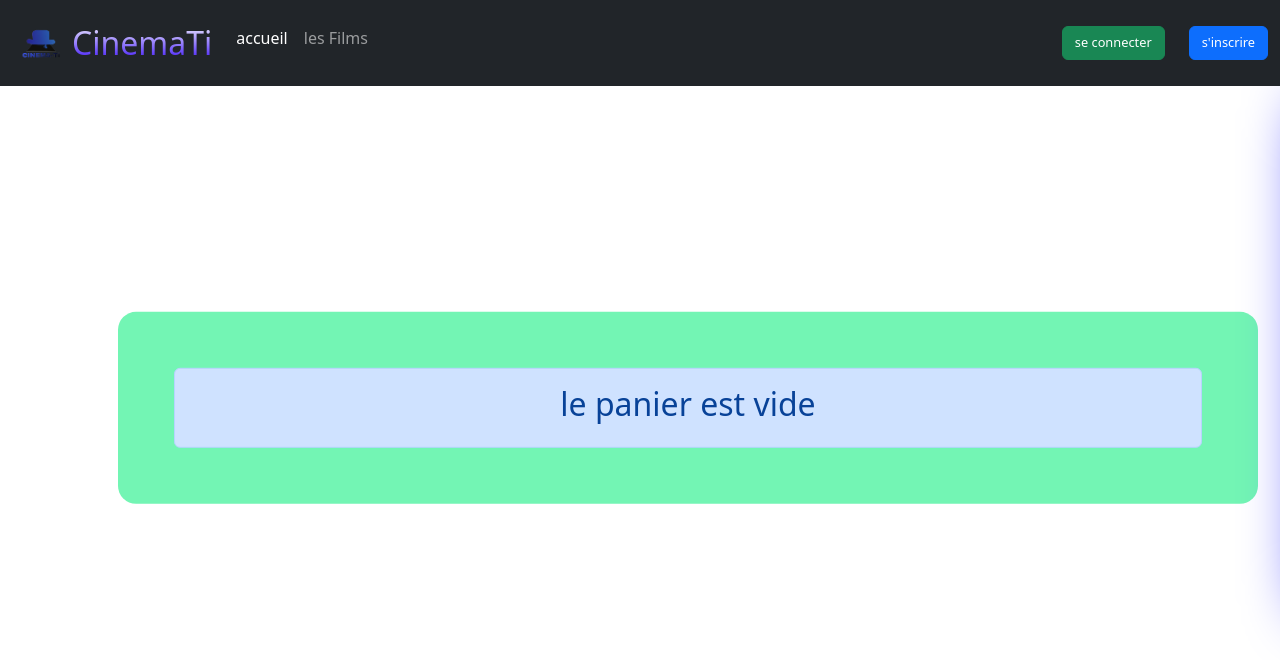
Repository: ahmed-rabah/cinemaMiniProject
Page: http://localhost/finaliserCommande.php
These files come from the project's save history. The page is drawn as it stood at one moment and after the next save; the edit follows.
The browser window is 1280 px wide. The pictures show the whole page.
The page is run by PHP 8.4 with error messages shown; the project is at /var/www/html/. Other server files are loaded and not shown.

Above is the page before, as saved 2023-01-12 21:00:30.
Console error: TypeError: Cannot read properties of null (reading 'addEventListener')

### finaliserCommande.php
<?php
 session_start();
 $isEmptyCart = empty($_SESSION['panier']);
?>
<!DOCTYPE html>
<html lang="en">
<head>
    <meta charset="UTF-8">
    <meta http-equiv="X-UA-Compatible" content="IE=edge">
    <meta name="viewport" content="width=device-width, initial-scale=1.0">
    <link rel="stylesheet" href="node_modules/bootstrap/dist/css/bootstrap.min.css">
    <link rel="stylesheet" href="./css/style.css">
    <link rel="stylesheet" href="https://unicons.iconscout.com/release/v4.0.0/css/line.css">
    <link rel="icon" href="./logoCinema.png">
    <title>CinemaTi</title>
</head>
<body>

        <?php include './header.php'; ?>

    <main class="container centered" id="container">
        <?php if(!$isEmptyCart){ ?>
        <section class="" id="cartContainer"></section>
        <div class="alert alert-primary m-2 text-center" role="alert">
            <h2>prix total <span class="badge bg-success" id="totalPrice">200</span> DH</h2>
        </div>
        <form action="./functions/finaliserCommande.php" method="post" class=" rounded bg-light mt-1 mx-2 py-2 px-5">
            <h3 class="pb-0 mb-0">finaliser la commande</h3>
            <div class="d-flex justify-content-around align-items-center mb-3 ">

                <div class="form-group">
                    <label for="cardNumber" class="form-label mt-4">numero de carte bancaire</label>
                    <input type="text" class="form-control" id="cardNumber" aria-describedby="numberMsg" placeholder="Enter numero de carte bancaire">
                </div>
                <div class="form-group">
                    <label for="cardType" class="form-label mt-4">Example select</label>
                    <select class="form-select" id="cardType">
                        <?php
                        $cardTypes = ['Visa','Mastercard','American Express','Discover','Diners Club','JCB','UnionPay','Maestro'];
                        foreach ($cardTypes as $cardType) {
                           echo '<option value="'.$cardType.'">'.$cardType.'</option>';
                        }
                        ?>
                    </select>
                </div>
                <div class="form-group pt-5"><button type="submit" class="btn btn-success text-white"><strong>acheter</strong></button></div>
            </div>
        </form>
    <?php }else{
        echo '<div class="alert alert-primary m-2 text-center" role="alert">
        <h2>le panier est vide</h2>
    </div>';
    } ?>
    </main>

    <div class="absoluteCart m-2 p-1"></div>

    <script src="node_modules/jquery/dist/jquery.slim.min.js"></script>
    <script src="node_modules/bootstrap/dist/js/bootstrap.bundle.min.js"></script>
    <script src="./javascript/panie.js"></script>
</body>
</html>

### header.php
<?php
    require_once './functions/database.php';

    function getAllgenres($pdo){
      $req = $pdo->query('SELECT * from genre');
      $rows = $req->fetchAll(PDO::FETCH_ASSOC);
      foreach ($rows as $row) {
        $genres[] = $row ;
      }

      return $genres;
    }
?>
<header  class=" sticky-top">

  <nav class="navbar navbar-expand-lg navbar-dark bg-dark">

    <div class="container-fluid">
      <a class="navbar-brand d-flex cine-name" href="./index.php">
        <img src="./logoCinema.png" width="60" height="60" class="d-inline-block align-top rounded-circle" alt="">
        <h2 class="mt-2 gradiant-bg">CinemaTi</h2>
      </a>
      <button class="navbar-toggler" type="button" data-bs-toggle="collapse" data-bs-target="#navbarColor01" aria-controls="navbarColor01" aria-expanded="false" aria-label="Toggle navigation">
        <span class="navbar-toggler-icon"></span>
      </button>
      <div class="collapse navbar-collapse justify-content-between" id="navbarColor01">
        <ul class="navbar-nav">
          <li class="nav-item">
            <a class="nav-link active" href="./index.php" id="accueil"><h6>accueil</h6>
            <span class="visually-hidden">(current)</span>
          </a>
        </li>
        <li class="nav-item">
          <a class="nav-link" href="./movies.php"  id="movies"><h6>les Films</h6></a>
        </li>
        <!--     <li class="nav-item">
          <a class="nav-link" href="./movies.php" ><h6>les salles de projection</h6></a>
        </li>
        <li class="nav-item">
          <a class="nav-link" href="./contact.php"><h6>Contact</h6></a>
        </li> -->
      </ul>
      <?php
      if(!isset($_SESSION['user_id'])){
        ?>

<ul class="nav navbar" id="non-connected">
  <li><a href="./signIn.php" class="btn btn-success me-2 font-size">se connecter</a></li>
  <li><a href="./signup.php" class="btn btn-primary ms-3 font-size">s'inscrire</a></li>
</ul>
<?php }
if(isset($_SESSION['user_id'])){ ?>
    <ul class="nav navbar" id="connected">
      <li><button class="btn btn-light me-2" id="panier"><span class="font-size"><i class="uil uil-shopping-cart-alt ">panier d'achat</i></span></button></li>
      <li><a href="./dashboard.php" class="btn btn-primary ms-3 "><span class="font-size"><i class="uil uil-user-circle"></i>votre compte</span></a></li>
      <li><a href="./logout.php" class="btn btn-danger ms-3 "><span class="font-size"><i class="uil uil-signout"></i>deconnexion</span></a></li>
    </ul>
    <?php } ?>
  </div>
</div>
</nav>
</header>

### functions/database.php
<?php
try {
    $database="moviedb";
    $user="root";
    $password="";
    $pdo = new PDO("mysql:host=localhost;dbname=$database",$user,$password);
    // echo "Success: Connected to the database.";
  } catch(PDOException $e) {
    die("Error: Could not connect to the database.");
  }

### functions/panier.php
<?php


if($_SERVER['REQUEST_METHOD'] == 'GET'){
    session_start();
    if(isset($_SESSION['user_id']) && !empty( $_SESSION['panier'])){
        $panier = $_SESSION['panier'];
        if(isset($_GET['total']) && $_GET['total']=="oui"){
            $totalPrice=0;
            foreach ($panier as  $value) {
               $totalPrice+=$value['prix'];
            }
            exit($totalPrice);
        }
        require_once './database.php';
        $productsInfos=[];
        foreach ($panier as $product) {
            $idprogramme = $product['idProgramme'];
            $req = "SELECT  p.idProgramme ,g.libelle,f.titre,p.date_projection,f.photo , p.heure_debut, p.ticketsDisponible, p.prix_unitaire FROM programme as p, film as f , genre as g WHERE p.idFilm= f.idFilm AND p.idProgramme =$idprogramme AND g.idGenre = f.idGenre";
            $requete = $pdo->query($req);
            $resultat = $requete->fetch(PDO::FETCH_ASSOC);
            array_push($product,$resultat);
            if(isset($_GET['item']) && $_GET['item'] ==$idprogramme ){
                exit(json_encode($product));
            }
            array_push($productsInfos,$product);
        }
        if(isset($_GET['item'])){
            exit(json_encode(false));
        }
        exit(json_encode($productsInfos));


        // require_once './database.php';
        // $idUser = $_GET['idUser'];
        // $req = "SELECT pro.id_produit ,pro.nombre_places , pro.prix , p.date_projection ,p.heure_debut , p.prix_unitaire , g.libelle , f.titre,f.photo FROM produit as pro, programme as p , film as f ,genre as g WHERE pro.id_user=$idUser AND p.idFilm=f.idFilm AND pro.id_programme=p.idProgramme AND g.idGenre =f.idGenre";
        // $query = $pdo->query($req);
        // $resultat = $query->fetchAll(PDO::FETCH_ASSOC);
    }else{
        exit(json_encode(false));
    }
}

### css/style.css

::-webkit-scrollbar{
    width : 1rem;
}
::-webkit-scrollbar-track{
    background-color: black;
}
::-webkit-scrollbar-thumb{
    background-color: #2d00f7a1;
    border-radius: 100vw;
}
::-webkit-scrollbar-thumb:hover{
    background-color:white;
}

html{
    scroll-behavior: smooth;
}


.centered{
    position: absolute;
    top: 50%;
    left: 50%;
    transform: translate(-50%, -50%);
}
.logo-picture{
    width: 100px; height :100px;
}
/*
.cine-name{
    background-image : linear-gradient(to top,#89f90a 20% , #02fa54 100%) ;
    border-radius : 10px;
    padding-right: 4px;
} */
.font-size{
    font-size: 0.8em;
}
/* .account{
    font-size: 1.2em
} */
.gradiant-bg{
    background-color: #5577ff;
    background-image : linear-gradient(to top,#2d00f7 0% , #ffffff 100%) ;
    background-clip: text;
    -webkit-background-clip: text;
    -moz-background-clip: text;
    -webkit-text-fill-color: transparent;
    -moz-text-fill-color: transparent;
    background-size: 100%;
    display : flex  ;
    align-items: center ;
    cursor : pointer ;
    text-decoration: none;
}

.grid{
    display: grid;
    grid-template-columns:auto auto auto ;
}

.absolute-alert{
    background-color: rgba(255,255,255,0.5);
    width: 100vw;
    height: 100vh;
    position: fixed ;
    top: 0;
    left: 0;
    z-index: 100 ;
    text-align :center;
    display :grid ;
    place-items: center ;

}
.absoluteCart{
    position: fixed;
    top: 6em;
    right: 0;
    width: 400px;
    height: 70%;
    background: #3d5f89;
    border-radius: 12px;
    box-shadow: 0 0 4em blue;
    display: grid;
    grid-template-columns: auto;
    justify-content: center;
    transition: all 0.3s linear ;
    transform: translate(110%);
    overflow-y: auto;
    }
    .show-cart {
    transform: translate(0);
    }
    .finaliserBtn{
        position: sticky;
        top: 0;
        z-index: 100;
        margin-bottom: 1em;
        height: 50px;
    }
    .inner-grid{
        display: grid ;
    grid-template-columns:30% 70% ;
    border-bottom:  1px solid black ;
    margin: 0.4em 0;
    }
    .grid{
        display: grid ;
    grid-template-columns:30% 70% ;
    }
    @media screen and (max-width:1048px) {
        .grid{
        display: grid ;
    grid-template-columns:20% 80% ;
    }
}

#cartContainer{
    display : grid;
    grid-template-columns: 1fr 1fr;
    gap: 1em;
}
.container{
    margin: 3em;
    padding: 3em;
    background-color : rgb(115, 245, 180) ;
    border-radius: 18px;

}
@media screen and (max-width:700px) {
    #cartContainer{
    grid-template-columns:auto ;
    }

}

### javascript/panie.js
let panierBtn = document.getElementById('panier');
let deleteProductBtn = document.getElementById('deleteproduct');
let updateProductBtn = document.getElementById('updateproduct');
let addProductBtn =  document.getElementById('addProduct');
let cartContainer = document.getElementById('cartContainer');

// window.addEventListener('DOMContentLoaded',()=>{
//     getUserPanier("container").then(data=>{
//             cartContainer.innerHTML = data;
//         })
// })
window.addEventListener('load',()=>{
    setTotalPrice()
})
function addProduct(id){
    addProduit(id).then(response=>{
        let added = response.added;
        let reponse = response.response;
        let connected = response.connected;
       let msg="";
        if(!connected) {
            reponse+='<strong><a href="./signin.php">Se connecter</a></strong>';
        }
        if(!added){
            msg=`<div class="alert alert-warning alert-dismissible fade show" role="alert" id="myAlert">
            ${reponse}
            <button type="button" class="btn-close" data-bs-dismiss="alert" aria-label="Close"></button>
          </div>`;
        }else{
            msg=`<div class="alert alert-success alert-dismissible fade show" role="alert" id="myAlert">
            ${reponse}
            <button type="button" class="btn-close" data-bs-dismiss="alert" aria-label="Close"></button>
          </div>`;
        }
        let body = document.querySelector('body');
        body.insertAdjacentHTML('beforeend',`<div class="absolute-alert">${msg}</div>`);
        let theAlert = document.querySelector('.absolute-alert');
        theAlert.addEventListener('click',function(e){
            if(e.target.classList.contains('absolute-alert')){
            theAlert.outerHTML="";
        }})
        let myAlert = document.getElementById('myAlert')
            myAlert.addEventListener('close.bs.alert', () => {
                theAlert.outerHTML="";
            })

        // setTimeout(() => {theAlert.outerHTML="";},10000);
    })

    // console.log(id);
}
panierBtn.addEventListener('click', () => {
    userCart()
    let cart = document.querySelector('.absoluteCart');
    cart.classList.toggle('show-cart');
})

async function deleteproductFromCart(product){
    let request = await fetch("./functions/deleteUserProduct.php?idProgramme="+product);
    let response = await request.json();
    let deleted = response.deleted;
    let reponse = response.response;
    let connected = response.connected;
    let msg="";
    let cartItem = document.getElementById('cart'+product);
    if(!connected) {
        reponse+='<strong><a href="./signin.php">Se connecter</a></strong>';
    }
    if(!deleted){
        msg=`<div class="alert alert-warning alert-dismissible fade show" role="alert" id="myAlert">
        ${reponse}
        <button type="button" class="btn-close" data-bs-dismiss="alert" aria-label="Close"></button>
      </div>`;
      cartItem.insertAdjacentHTML('beforebegin',msg);
    }else{
        msg=`<div class="alert alert-success alert-dismissible fade show" role="alert" id="myAlert">
        ${reponse}
        <button type="button" class="btn-close" data-bs-dismiss="alert" aria-label="Close"></button>
      </div>`;
      cartItem.outerHTML=msg;
      setTotalPrice()
    }
    // let cart = document.querySelector('.absoluteCart');

}
async function updateproductCart(product,status){
    let request = await fetch("./functions/updateUserProduct.php?idProgramme="+product+"&status="+status);
    let response = await request.json();
    let updated = response.updated;
    let reponse = response.response;
    let connected = response.connected;
    let msg="";
    let cartItem = document.getElementById('cart'+product);
    if(!connected) {
        reponse+='<strong><a href="./signin.php">Se connecter</a></strong>';
    }
    if(connected && updated === false){
        msg=`<div class="alert alert-danger alert-dismissible fade show" role="alert" id="myAlert">
        ${reponse}
        <button type="button" class="btn-close" data-bs-dismiss="alert" aria-label="Close"></button>
      </div>`;
    }else{
        msg=`<div class="alert alert-success alert-dismissible fade show" role="alert" id="myAlert">
        ${reponse}
        <button type="button" class="btn-close" data-bs-dismiss="alert" aria-label="Close"></button>
        </div>`;
        getCartItem(product).then(result => {
            cartItem.insertAdjacentHTML('beforebegin',msg);
            cartItem.outerHTML = result ;

        })
        setTotalPrice();
    }
    // let body = document.querySelector('body');
    // body.insertAdjacentHTML('beforeend',`<div class="absolute-alert">${msg}</div>`);
    // let theAlert = document.querySelector('.absolute-alert');
    // theAlert.addEventListener('click',function(e){
    //     if(e.target.classList.contains('absolute-alert')){
    //     theAlert.outerHTML="";
    // }})
    // let myAlert = document.getElementById('myAlert')
    //     myAlert.addEventListener('close.bs.alert', () => {
    //         theAlert.outerHTML="";
    //     })

    // setTimeout(() => {theAlert.outerHTML="";},10000);

}

function userCart(){
    getUserPanier().then(data=>{
        console.log(data);
        let cartDiv = document.querySelector('.absoluteCart');
        cartDiv.innerHTML=data;
        let Final = document.createElement('a');
        Final.setAttribute('href',"./finaliserCommande.php");
        Final.className="btn btn-primary w-100  finaliserBtn";
        Final.innerHTML="finaliser la commande";
        cartDiv.prepend(Final);
    })

}

async function getCartItem(item){
    let request = await fetch('./functions/panier.php?item='+item);
    let response = await request.json();
    let msg="";
    if(response === false){
        msg =`<div class="alert alert-primary h-25" role="alert">
        le panier est vide
        </div>`;
    }else{
        msg=cartItemInfos(response);
         }

    return msg;
}
async function getTotalPrice(){
    let request = await fetch('./functions/panier.php?total=oui');
    let response =request.text();
    return response;
}
function setTotalPrice(){

getTotalPrice().then((totalPrice)=>{
    // console.log(totalPrice);
    let totalPriceField = document.getElementById('totalPrice');
    totalPriceField.innerHTML = totalPrice;
})

}
async function getUserPanier(){
    let request = await fetch('./functions/panier.php');
    let response = await request.json();
    let msg="";
    if(response === false){
        msg =`<div class="alert alert-primary h-25" role="alert">
        le panier est vide
            </div>`;
    }else{
        response.forEach(produit => {
            msg+=cartItemInfos(produit);
        });
    }

    return msg;
}

async function addProduit(programme){
    let request = await fetch('./functions/addproduct.php?idProgramme='+programme);
    let response = await request.json();
    return response;
}

function cartItemInfos(produit){
        return `<div class="card border-primary  mb-2 w-100"  id="cart${produit.idProgramme}">
        <div class="card-header"><h4>${produit[0].titre}</h4></div>
        <div class="card-body  text-dark">
        <div class="d-flex justify-content-center">
        <img src="${produit[0].photo}" width="60px" height="66px">
        <div class="ms-1">
        <p class="card-title  m-0 fw-normal">le <strong>${produit[0].date_projection}</strong> à <strong>${produit[0].heure_debut}</strong></p>
        <p class="card-text m-0 fw-normal">prix_unitaire :<strong> ${produit[0].prix_unitaire} DH</strong></p>
        <p class="card-text m-0 fw-normal">tickets disponible :<strong> ${produit[0].ticketsDisponible}</strong> ticket(s)</p>
        </div>
        </div>
        </div>
        <div class="card-footer d-flex justify-content-between align-items-center p-1">
        <div class="d-flex justify-content-center align-items-center">
        <h6 class="btn minus" onclick="updateproductCart(${produit.idProgramme},'minus')"><i class="uil uil-minus-circle fs-5 text-danger"></i></h6>
        <h6> ${produit.nbrPlace} </h6>
        <h6 class="btn plus" onclick="updateproductCart(${produit.idProgramme},'plus')"><i class="uil uil-plus-circle fs-5 text-success"></i></h6>
        </div>
        <h6>Total : ${produit.prix} DH</h6>
        <button class="btn btn-danger"  onclick="deleteproductFromCart(${produit.idProgramme})"><i class="uil uil-trash-alt"></i></button>
        </div>
        </div>`;
    }


    // window.addEventListener('load',()=>{
    //     let addBtns = document.querySelectorAll('.addToCart');
// console.log("begin");
// addBtns.forEach(addBtn=>{
// let programmeID  = addBtn.dataSet.programmeID;
// console.log("ok");
// console.log(programmeID);

// });
// console.log("ends");


/*
panierBtn.addEventListener('click',()=>{

    getUserPanier(1).then(panier=>{
        panier.forEach(produit => {
            console.log(produit);
        });
    })

});

// addProductBtn.addEventListener('click',()=>{
//     addProduct(programme).then(response=>{
    //         console.log(response);
    //     })
    // });

    deleteProductBtn.addEventListener('click',()=>{
        deleteproductFromCart(programme).then(response=>{
            console.log(response);
        })
});

updateProductBtn.addEventListener('click',()=>{
    let product =  document.getElementById('product').value;
    updateproductCart(product,nbr).then(response=>{
        console.log(response);
    })
});

*/
// })

After the next save:
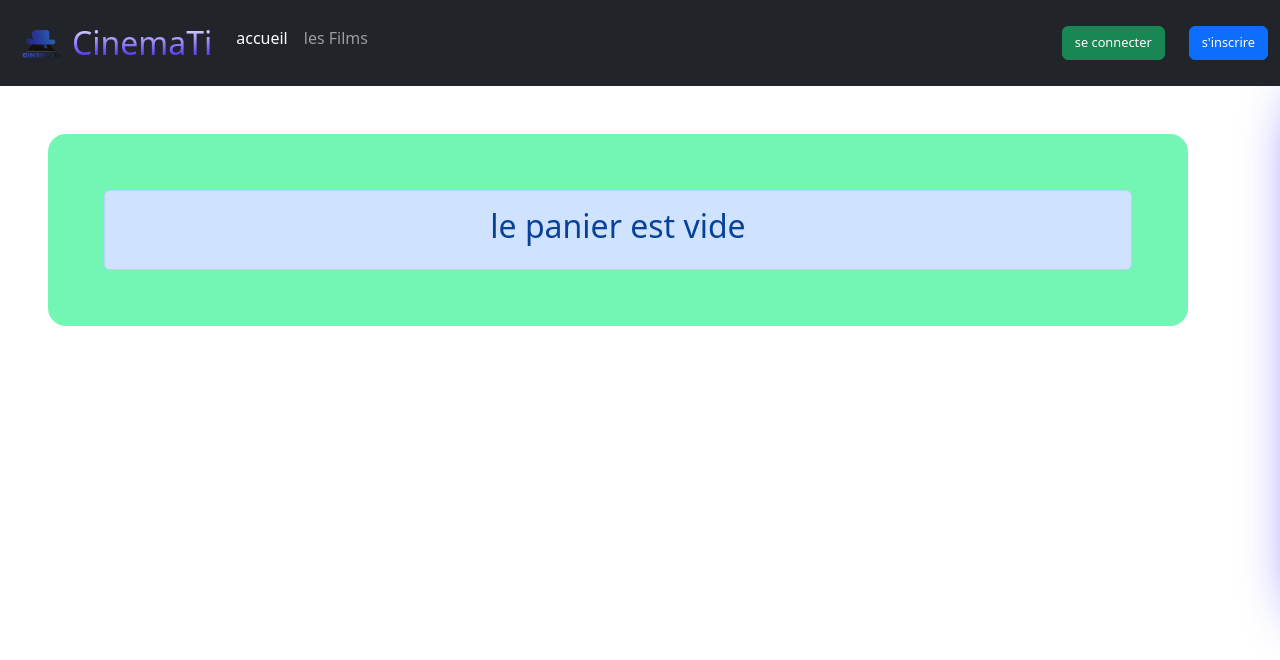
Saved 15 s later.
--- a/finaliserCommande.php
+++ b/finaliserCommande.php
@@ -18,7 +18,7 @@
 
         <?php include './header.php'; ?>
 
-    <main class="container centered" id="container">
+    <main class="container centered-2" id="container">
         <?php if(!$isEmptyCart){ ?>
         <section class="" id="cartContainer"></section>
         <div class="alert alert-primary m-2 text-center" role="alert">
